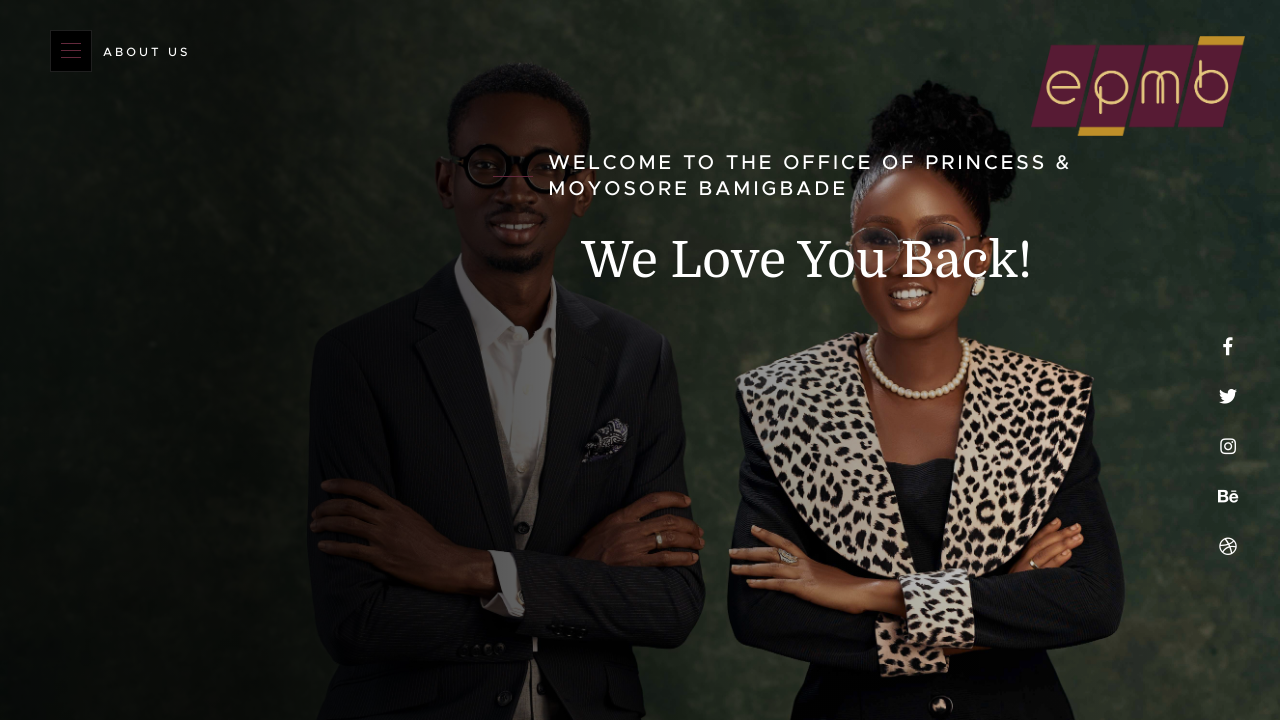
Repository: Ksoftcode/PMB
Page: index.html
These files come from the project's save history. The page is drawn as it stood at one moment and after the next save; the edit follows.
The browser window is 1280 px wide. The pictures show the whole page.

Above is the page before, as saved 2023-05-27 23:36:49.

After the next save:
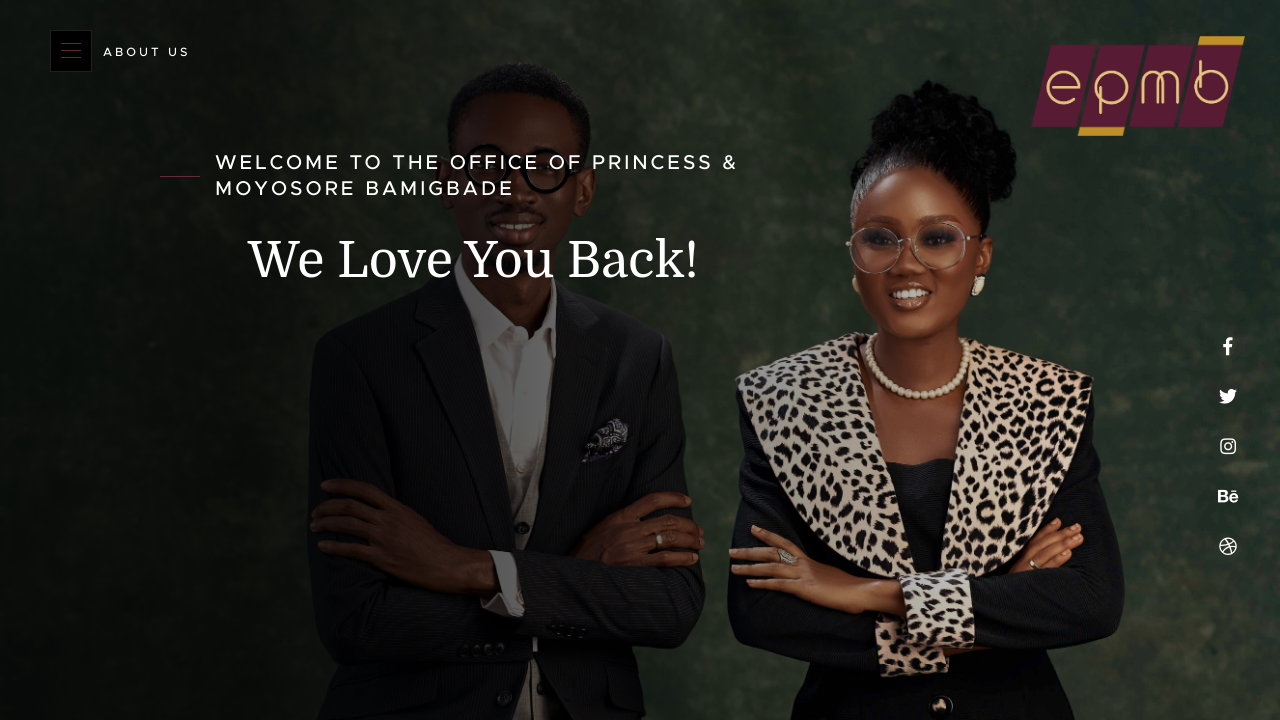
Saved 21 s later.
--- a/index.html
+++ b/index.html
@@ -49,7 +49,7 @@
 
             <div class="row home-content__main">
 
-                <div class="col-eight home-content__text pull-right">
+                <div class="col-eight home-content__text pull-left">
                     <h3>Welcome to the office of Princess & Moyosore Bamigbade</h3>
 
                     <h1 style="text-align:center;">

After the 3 saves that followed:
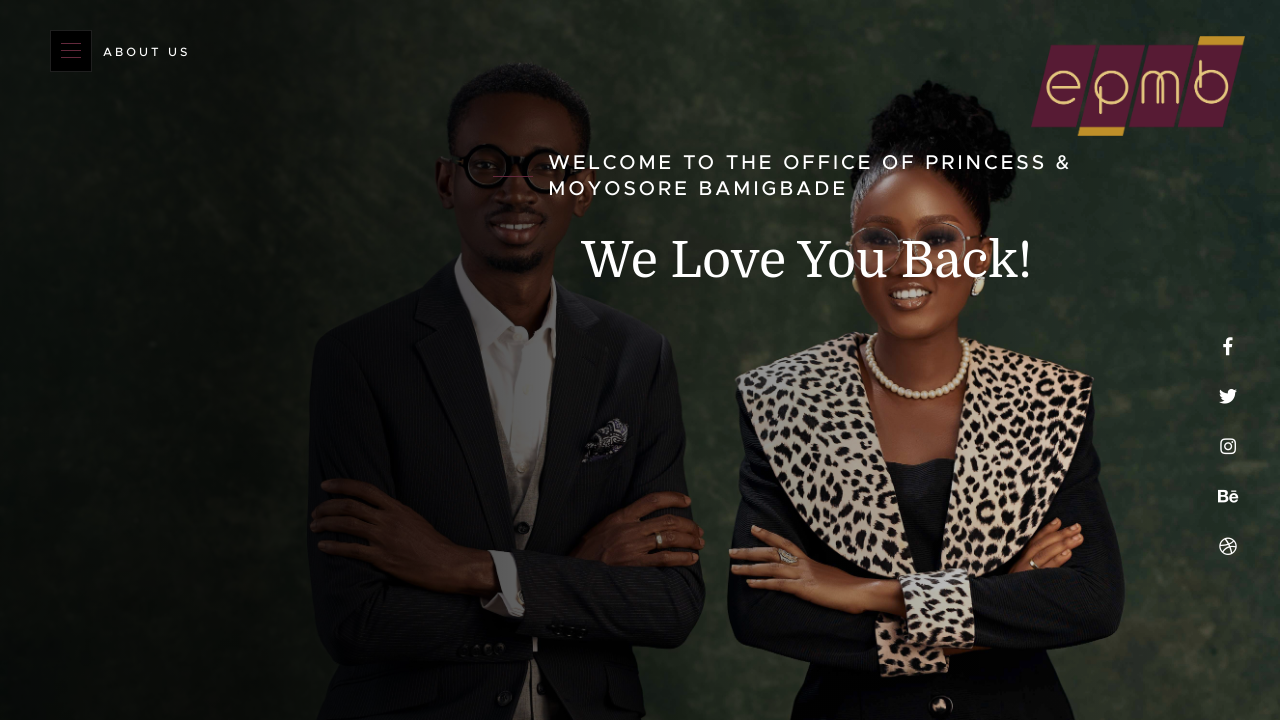
The 3 saves are shown as one change because 2 left the picture as it was.
The last was saved 39 s later.
--- a/index.html
+++ b/index.html
@@ -49,7 +49,7 @@
 
             <div class="row home-content__main">
 
-                <div class="col-eight home-content__text pull-left">
+                <div class="col-eight home-content__text pull-right">
                     <h3>Welcome to the office of Princess & Moyosore Bamigbade</h3>
 
                     <h1 style="text-align:center;">
